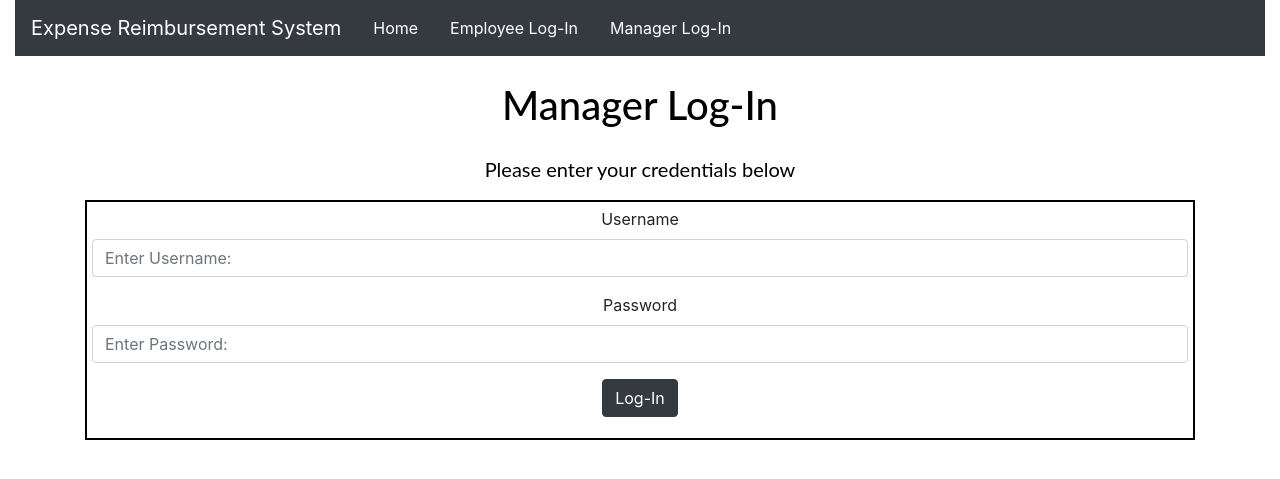
Repository: Trevormulrenin/ers-app
Page: http://localhost/ers-app/html/manager_login.html
The author's editor kept a copy of each file at every save. The page is drawn from the files as they stood at one save, then again after the next save.
The browser window is 1280 px wide. The pictures show the whole page.
The page is served by Tomcat 9.

Above is the page before, as saved 2021-04-01 17:33:59.

After the next save:
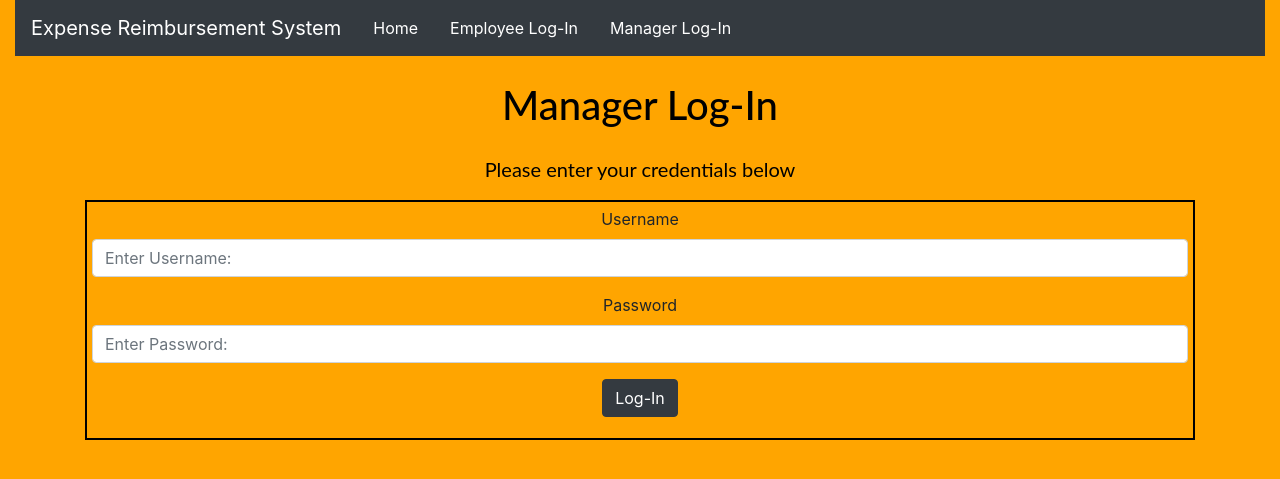
Saved 77 min 54 s later.
--- a/ers-app/src/main/webapp/css/style.css
+++ b/ers-app/src/main/webapp/css/style.css
@@ -1,5 +1,8 @@
 @charset "UTF-8";
 
+body{
+	background-color:orange;
+}
 
 #navbar-menu-right{
 	text-decoration: none;

After the save that followed:
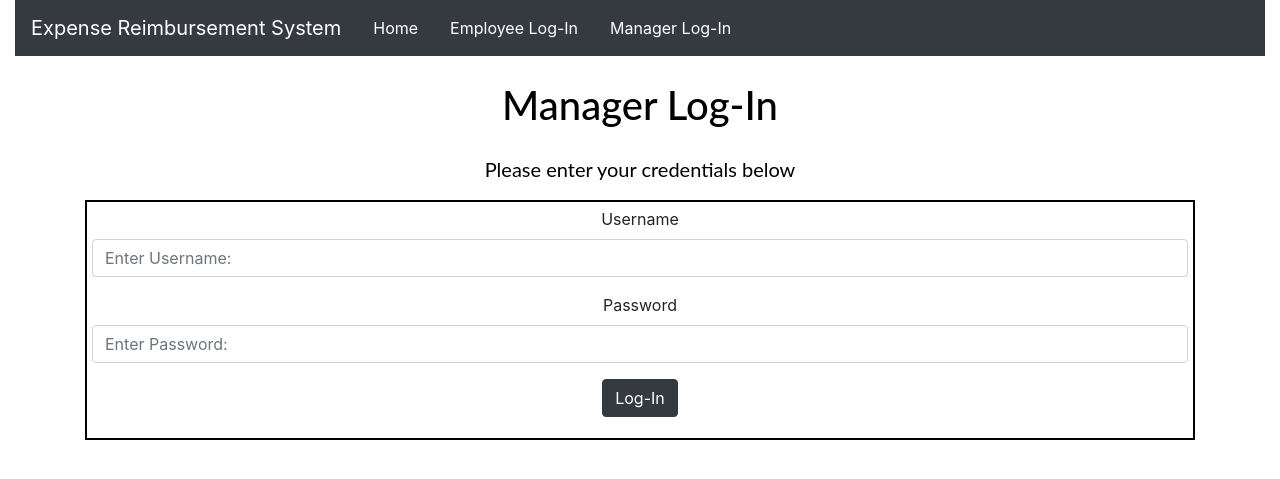
Saved 107 s later.
--- a/ers-app/src/main/webapp/css/style.css
+++ b/ers-app/src/main/webapp/css/style.css
@@ -1,8 +1,6 @@
 @charset "UTF-8";
 
-body{
-	background-color:orange;
-}
+
 
 #navbar-menu-right{
 	text-decoration: none;
